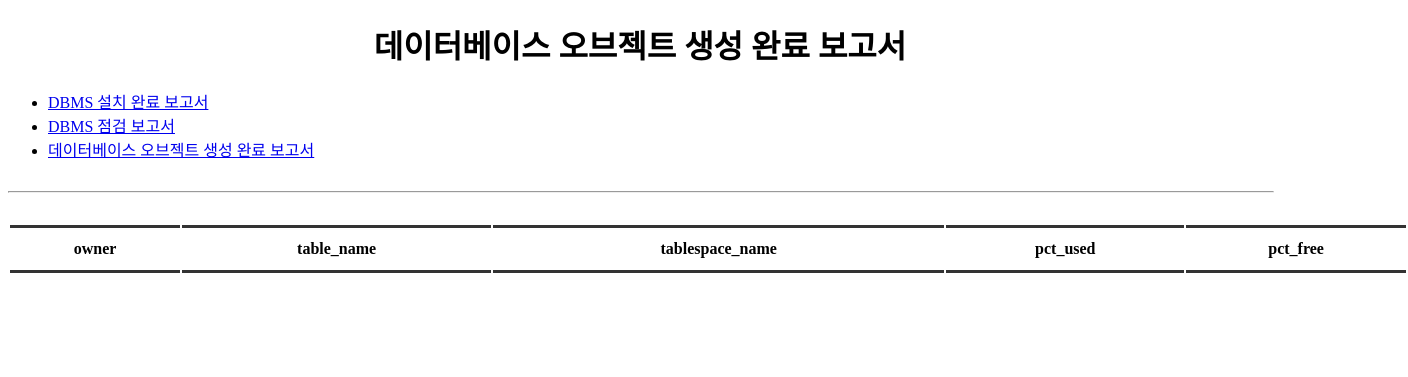
Repository: hantaeyeok/java_11_database
Page: http://localhost/test01/report03.jsp
The author's editor kept a copy of each file at every save. The page is drawn from the files as they stood at one save, then again after the next save.
The browser window is 1280 px wide. The page is 1408 px wide, so the pictures cover 1408 px, including what lies to the right of the window. The pictures show the whole page.
The page is served by Tomcat 9. Queries for data that is not in the repository find no rows.

Above is the page before, as saved 2024-03-29 08:19:50.

After the next save:
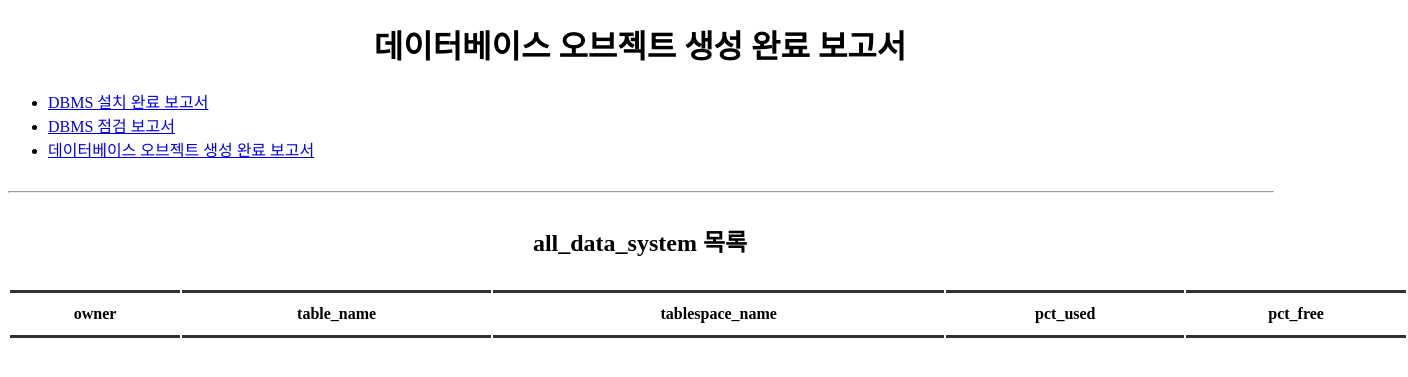
Saved 94 s later.
--- a/test01/WebContent/report03.jsp
+++ b/test01/WebContent/report03.jsp
@@ -80,6 +80,7 @@
 <h1 class="title">데이터베이스 오브젝트 생성 완료 보고서</h1>
 <%@ include file="menu.jsp" %>
 <hr>
+<h2 class="title">all_data_system 목록</h2>
 	<table style="width:1400px;margin:30px auto" class="tb">
 		<thead>
 		<tr>
